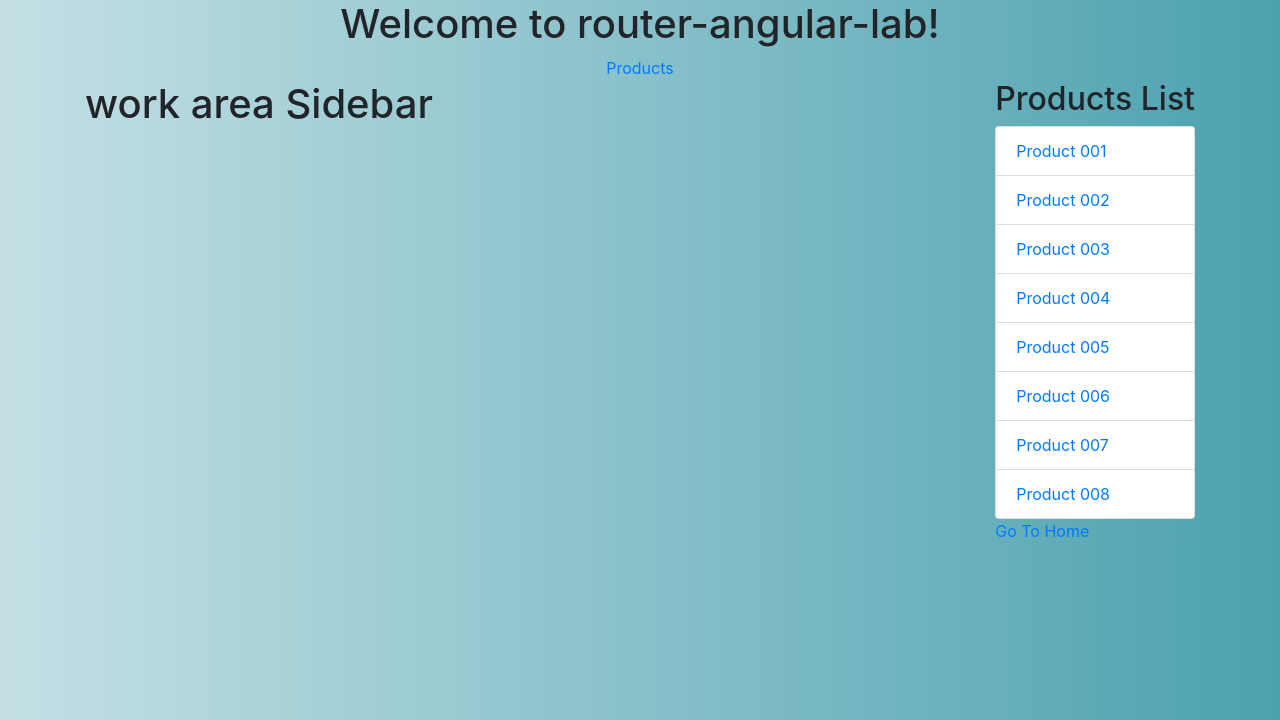
Repository: desalab/router-angular-lab
Page: /products
The author's editor kept a copy of each file at every save. The page is drawn from the files as they stood at one save, then again after the next save.
The browser window is 1280 px wide. The pictures show the whole page.
The project was rebuilt for these pictures with package versions that can differ from the ones it lists, and the page was loaded fresh each time. Also part of the build but not shown: angular.json, src/app/product-detail/product-detail.component.ts, src/app/product-list-sidebar/product-list-sidebar.component.ts, src/app/home/home.component.ts.

Above is the page before, as saved 2018-12-06 01:09:28.

### src/index.html
<!doctype html>
<html lang="en">
<head>
  <meta charset="utf-8">
  <title>RouterAngularLab</title>
  <base href="/">

  <meta name="viewport" content="width=device-width, initial-scale=1">
  <link rel="icon" type="image/x-icon" href="favicon.ico">
  <link rel="stylesheet" href="https://stackpath.bootstrapcdn.com/bootstrap/4.1.3/css/bootstrap.min.css" integrity="sha384-MCw98/SFnGE8fJT3GXwEOngsV7Zt27NXFoaoApmYm81iuXoPkFOJwJ8ERdknLPMO" crossorigin="anonymous">

</head>
<body>
  <app-root></app-root>
</body>
</html>

### src/styles.css

body{
    background: #4CA1AF;  /* fallback for old browsers */
    background: -webkit-linear-gradient(to right, #C4E0E5, #4CA1AF);  /* Chrome 10-25, Safari 5.1-6 */
    background: linear-gradient(to right, #C4E0E5, #4CA1AF); /* W3C, IE 10+/ Edge, Firefox 16+, Chrome 26+, Opera 12+, Safari 7+ */
}

### src/app/app-routing.module.ts
import { NgModule } from '@angular/core';
import { Routes, RouterModule } from '@angular/router';
import { ProductListComponent } from './product-list/product-list.component';
import { ProductDetailComponent } from './product-detail/product-detail.component';
import { SidebarComponent } from './sidebar/sidebar.component';
import { ProductListSidebarComponent } from './product-list-sidebar/product-list-sidebar.component';

const routes: Routes = [
  { path: 'products', component: ProductListComponent },
  { path: 'product/:id', component: ProductDetailComponent },
  {
    path: '',
    component: SidebarComponent,
    outlet: 'sidebar'
  },
  {
    path: 'products',
    component: ProductListSidebarComponent,
    outlet: 'sidebar'
  }
];

@NgModule({
  imports: [RouterModule.forRoot(routes)],
  exports: [RouterModule]
})
export class AppRoutingModule { }

### src/app/app.component.ts
import { Component } from '@angular/core';

@Component({
  selector: 'app-root',
  templateUrl: './app.component.html',
  styleUrls: ['./app.component.css']
})
export class AppComponent {
  title = 'router-angular-lab';
}

### src/app/product-list/product-list.component.ts
import { Component, OnInit } from '@angular/core';
import { Product } from '../models/product';

@Component({
  selector: 'app-product-list',
  templateUrl: './product-list.component.html',
  styleUrls: ['./product-list.component.css']
})
export class ProductListComponent implements OnInit {

  public products: Product[] = [
    new Product(1, 'Product 001'),
    new Product(2, 'Product 002'),
    new Product(3, 'Product 003'),
    new Product(4, 'Product 004'),
    new Product(5, 'Product 005'),
    new Product(6, 'Product 006'),
    new Product(7, 'Product 007'),
    new Product(8, 'Product 008')
  ];

  constructor() { }

  ngOnInit() {
  }

}

### src/app/app.component.html
<div class="container">
  <div style="text-align:center">
    <h1>Welcome to {{ title }}!</h1>

    <a
      [routerLink]="[
        { outlets: { primary: ['products'], sidebar: ['products'] } }
      ]"
    >
      Products
    </a>
  </div>

  <div>
    <div style="float:right"><router-outlet></router-outlet></div>
    <div style="float:left"><router-outlet name="sidebar"></router-outlet></div>
  </div>
</div>

### src/app/models/product.ts
export class Product {
  id: number;
  name: string;
  constructor(id: number, name: string) {
    this.id = id;
    this.name = name;
  }
}

### src/app/product-list/product-list.component.html
<h2>Products List</h2>

<ul class="list-group">
	<li class="list-group-item"  *ngFor="let product of products">
		<a [routerLink]="['/product/', product.id]">{{product.name}}</a>
	</li>
</ul>

<a routerLink="/">Go To Home</a>

### src/app/sidebar/sidebar.component.html
<h1>
  work area Sidebar
</h1>

Loaded but not shown: src/main.ts (common file); src/app/app.module.ts (common file); src/environments/environment.ts (common file); src/app/sidebar/sidebar.component.ts (common file); src/app/app.component.css (no stored copy; drawn as an empty file); src/app/product-list/product-list.component.css (no stored copy; drawn as an empty file); src/app/sidebar/sidebar.component.css (no stored copy; drawn as an empty file)

After the next save:
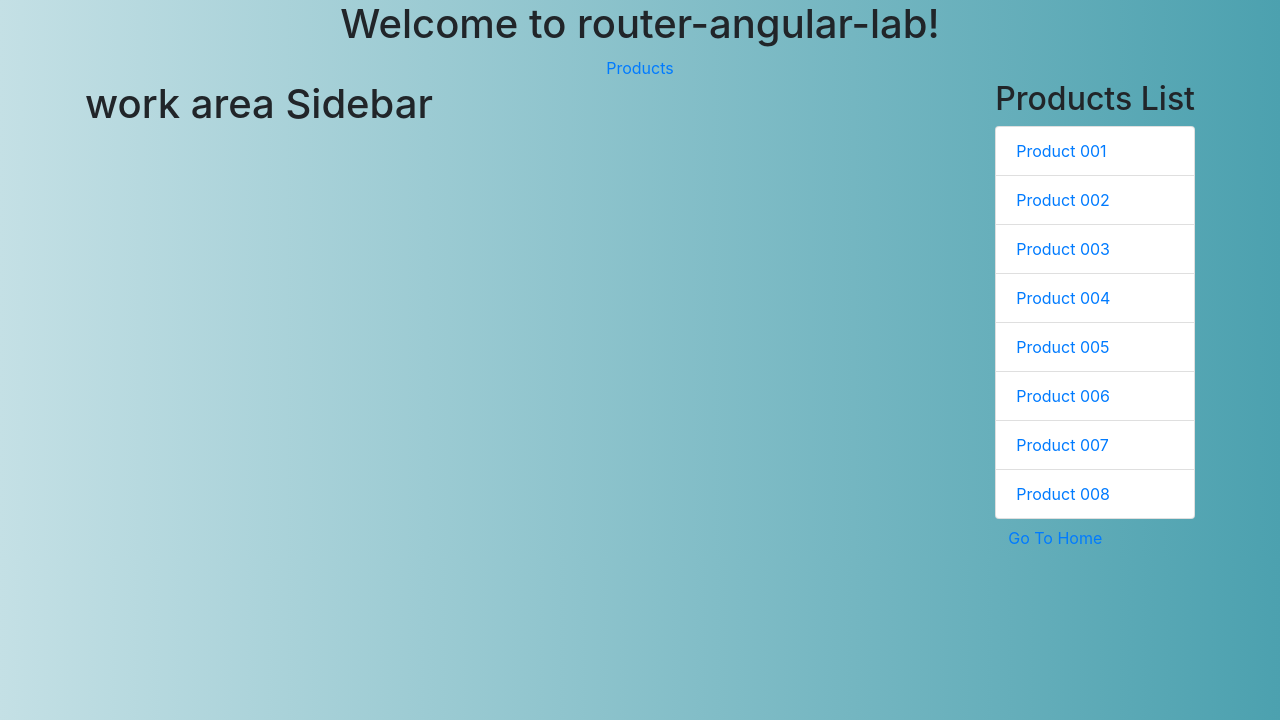
Saved 21 s later.
--- a/src/app/product-list/product-list.component.html
+++ b/src/app/product-list/product-list.component.html
@@ -6,4 +6,4 @@
 	</li>
 </ul>
 
-<a routerLink="/">Go To Home</a>
+<a class="btn" routerLink="/">Go To Home</a>
